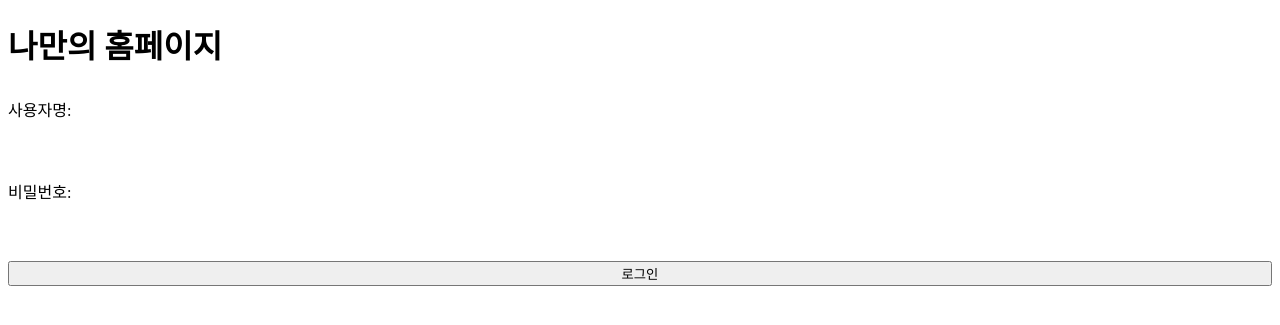
Repository: NewTurn2017/MyChome
Page: index.html
These files come from the project's save history. The page is drawn as it stood at one moment and after the next save; the edit follows.
The browser window is 1280 px wide. The pictures show the whole page.
The page's requests for data from a server got no answer.

Above is the page before, as saved 2023-04-17 20:04:54.
Console error: ReferenceError: validateUser is not defined

### index.html
<!DOCTYPE html>
<html lang="ko-KR">
  <head>
    <meta charset="UTF-8" />
    <title>나만의 홈페이지</title>
    <link rel="stylesheet" href="style.css" />
  </head>

  <body>
    <div id="mainContent" style="display: none">
      <div id="content">
        <div id="clock"></div>
        <div id="quote"></div>
        <div id="weather"></div>

        <div id="todo">
          <form id="todoForm">
            <input
              type="text"
              id="todoInput"
              placeholder="할 일을 입력하세요"
            />
            <button type="submit" id="addBtn">추가</button>
          </form>
          <ul id="todoList"></ul>
          <button id="saveBtn">저장</button>
          <button id="loadBtn">불러오기</button>
        </div>
      </div>
    </div>
    <div id="header">
      <h1>나만의 홈페이지</h1>
      <form id="loginForm">
        <label for="username">사용자명:</label>
        <input type="text" id="username" />
        <label for="password">비밀번호:</label>
        <input type="password" id="password" />
        <button type="submit">로그인</button>
      </form>
    </div>

    <script src="main.js"></script>
    <script src="database.js"></script>
    <script src="clock.js"></script>
    <script src="quote.js"></script>
    <script src="weather.js"></script>
    <script src="todo.js"></script>
  </body>
</html>

### style.css
/* 모달 스타일 */
.modal {
  display: none; /* 모달을 기본적으로 숨김 */
  position: fixed; /* 스크롤에 따라 모달이 움직이지 않도록 고정 */
  z-index: 1; /* 모달이 다른 요소들 위에 위치하도록 설정 */
  left: 0;
  top: 0;
  width: 100%;
  height: 100%;
  overflow: auto;
  background-color: rgba(0, 0, 0, 0.7);
}

.modal-content {
  background-color: #fefefe;
  margin: 15% auto;
  padding: 20px;
  border: 1px solid #888;
  width: 30%;
  border-radius: 10px;
  box-shadow: 0 4px 6px rgba(0, 0, 0, 0.1), 0 1px 3px rgba(0, 0, 0, 0.08);
}

.close {
  float: right;
  font-size: 28px;
  font-weight: bold;
  cursor: pointer;
  color: #888;
}

.close:hover,
.close:focus {
  color: #444;
  text-decoration: none;
  cursor: pointer;
}

/* 폼 스타일 */
form {
  display: flex;
  flex-direction: column;
  margin-top: 30px;
}

label {
  margin-bottom: 10px;
}

input[type='text'],
input[type='password'],
input[type='submit'] {
  padding: 10px;
  border: none;
  border-radius: 5px;
  margin-bottom: 10px;
  font-size: 16px;
}

input[type='submit'] {
  background-color: #1e88e5;
  color: white;
  cursor: pointer;
}

input[type='submit']:hover {
  background-color: #1976d2;
}

### main.js
// 로그인 폼 열기
const loginModal = document.getElementById('loginModal')
const loginBtn = document.getElementById('loginBtn')
const closeBtn = document.querySelector('.close')

// 아이디와 비밀번호 검증
if (validateUser(username, password)) {
  alert('로그인되었습니다.')
  loginModal.style.display = 'none'
  // 로그인 성공 시 mainContent div를 표시함
  document.getElementById('mainContent').style.display = 'block'
} else {
  alert('아이디 또는 비밀번호가 올바르지 않습니다.')
}

loginBtn.onclick = function () {
  loginModal.style.display = 'block'
}

// 로그인 폼 닫기
closeBtn.onclick = function () {
  loginModal.style.display = 'none'
}

// 로그인 폼 전송
const loginForm = document.getElementById('loginForm')

loginForm.addEventListener('submit', function (event) {
  event.preventDefault() // 폼 기본 동작 중단

  // 입력된 아이디와 비밀번호 가져오기
  const username = loginForm.username.value
  const password = loginForm.password.value

  // 아이디와 비밀번호 검증
  // TODO: 실제로는 서버와 통신하여 검증해야 함
  if (username === 'admin' && password === '1234') {
    alert('로그인되었습니다.')
    loginModal.style.display = 'none'
  } else {
    alert('아이디 또는 비밀번호가 올바르지 않습니다.')
  }
})

### database.js
const users = [
  {
    username: 'admin',
    password: '1234',
  },
  {
    username: 'user',
    password: '5678',
  },
]
// 아이디와 비밀번호 검증 함수
function validateUser(username, password) {
  // users 배열에서 입력된 아이디와 비밀번호가 일치하는 객체 검색
  const user = users.find(
    (user) => user.username === username && user.password === password
  )

  // 일치하는 객체가 있다면 true를 반환, 그렇지 않으면 false를 반환
  return user ? true : false
}

// 입력된 아이디와 비밀번호 가져오기
const username = loginForm.username.value
const password = loginForm.password.value

// 아이디와 비밀번호 검증
if (validateUser(username, password)) {
  alert('로그인되었습니다.')
  loginModal.style.display = 'none'
} else {
  alert('아이디 또는 비밀번호가 올바르지 않습니다.')
}

### clock.js
// 시계 출력 함수
function showClock() {
  const now = new Date() // 현재 시간을 가져옴
  const hour = now.getHours() // 시간을 가져옴
  const minute = now.getMinutes() // 분을 가져옴
  const second = now.getSeconds() // 초를 가져옴

  const clock = document.getElementById('clock')
  clock.textContent = `${hour < 10 ? '0' + hour : hour}:${
    minute < 10 ? '0' + minute : minute
  }:${second < 10 ? '0' + second : second}`

  // 1초마다 showClock 함수를 호출하여 시간을 업데이트 함
  setTimeout(showClock, 1000)
}

// showClock 함수를 최초로 호출하여 화면에 시계를 표시함
showClock()

### quote.js
// 명언 출력 함수
async function showQuote() {
  const response = await fetch('https://quotes.rest/qod') // 명언을 가져옴
  const data = await response.json()
  const quote = data.contents.quotes[0].quote
  const author = data.contents.quotes[0].author

  const quoteElem = document.getElementById('quote')
  quoteElem.innerHTML = `<p>${quote}</p><p>- ${author}</p>`

  // 30초마다 showQuote 함수를 호출하여 명언을 업데이트 함
  setTimeout(showQuote, 30000)
}

// showQuote 함수를 최초로 호출하여 화면에 명언을 표시함
showQuote()

### todo.js
// Todo List 출력 함수
function showTodoList() {
  const todoList = JSON.parse(localStorage.getItem('todoList')) || [] // 로컬 스토리지에서 Todo List를 가져옴

  const todoListElem = document.getElementById('todoList')
  todoListElem.innerHTML = ''

  todoList.forEach((todo, index) => {
    const li = document.createElement('li')
    li.innerHTML = `
        <input type="text" value="${todo}" data-index="${index}">
        <button class="deleteBtn" data-index="${index}">삭제</button>
      `
    todoListElem.appendChild(li)
  })

  // 삭제 버튼 클릭 이벤트 핸들러 등록
  const deleteBtns = document.querySelectorAll('.deleteBtn')
  deleteBtns.forEach((btn) => {
    btn.onclick = function () {
      const index = this.dataset.index
      todoList.splice(index, 1)
      showTodoList()
    }
  })
}

// Todo List 추가 함수
function addTodoList() {
  const todoInput = document.getElementById('todoInput')
  const todoList = JSON.parse(localStorage.getItem('todoList')) || [] // 로컬 스토리지에서 Todo List를 가져옴
  todoList.push(todoInput.value) // 새로운 할 일을 추가함
  localStorage.setItem('todoList', JSON.stringify(todoList)) // 로컬 스토리지에 Todo List를 저장함
  todoInput.value = '' // 입력 필드를 초기화함
  showTodoList()
}

// Todo List 수정 함수
function modifyTodoList(index, value) {
  const oldTodoList = JSON.parse(localStorage.getItem('todoList')) || [] // 로컬 스토리지에서 Todo List를 가져옴
  oldTodoList[index] = value // 할 일을 수정함
  localStorage.setItem('todoList', JSON.stringify(oldTodoList)) // 로컬 스토리지에 Todo List를 저장함
  showTodoList()
}

// Todo List 저장 함수
function saveTodoList() {
  const todoList = JSON.parse(localStorage.getItem('todoList')) || [] // 로컬 스토리지에서 Todo List를 가져옴
  const filename = 'todolist.json'
  const blob = new Blob([JSON.stringify(todoList)], {
    type: 'application/json',
  })
  const url = URL.createObjectURL(blob)
  const a = document.createElement('a')
  a.href = url
  a.download = filename
  a.click()
}
// Todo List 불러오기 함수
async function loadTodoList() {
  const input = document.createElement('input')
  input.type = 'file'
  input.accept = 'application/json'
  input.onchange = async function () {
    const file = input.files[0]
    const reader = new FileReader()
    reader.readAsText(file)
    reader.onloadend = async function () {
      if (reader.result) {
        const newTodoList = JSON.parse(reader.result)
        localStorage.setItem('todoList', JSON.stringify(newTodoList)) // 로컬 스토리지에 Todo List를 저장함
        showTodoList()
      }
    }
  }
  input.click()
}

// Todo List Form submit 이벤트 핸들러 등록
const todoForm = document.getElementById('todoForm')
todoForm.onsubmit = function (event) {
  event.preventDefault() // 기본 동작을 막음
  addTodoList()
}

// 저장 버튼 click 이벤트 핸들러 등록
const saveBtn = document.getElementById('saveBtn')
saveBtn.onclick = function () {
  saveTodoList()
}

// 불러오기 버튼 click 이벤트 핸들러 등록
const loadBtn = document.getElementById('loadBtn')
loadBtn.onclick = async function () {
  await loadTodoList()
}

// showTodoList 함수를 최초로 호출하여 화면에 Todo List를 표시함
showTodoList()

Loaded but not shown: weather.js (no copy from this time; the picture is the same without it)

After the next save:
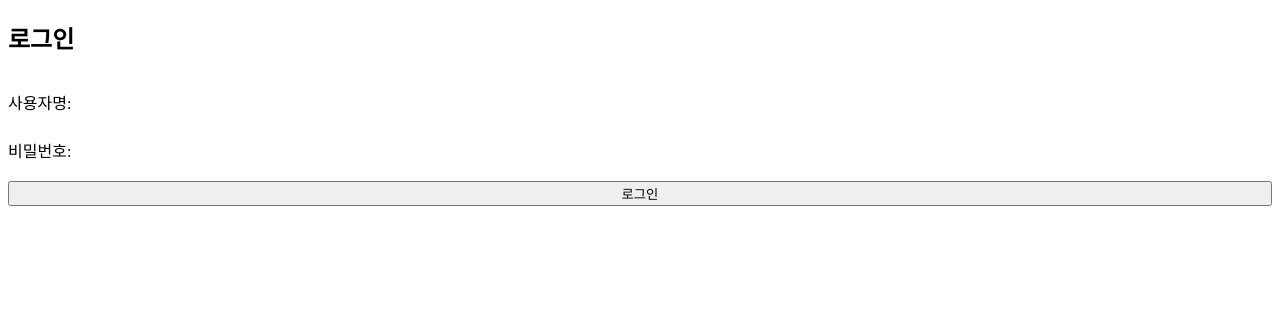
Saved 11 min 12 s later.
--- a/index.html
+++ b/index.html
@@ -28,15 +28,21 @@
         </div>
       </div>
     </div>
-    <div id="header">
-      <h1>나만의 홈페이지</h1>
-      <form id="loginForm">
-        <label for="username">사용자명:</label>
-        <input type="text" id="username" />
-        <label for="password">비밀번호:</label>
-        <input type="password" id="password" />
-        <button type="submit">로그인</button>
-      </form>
+    <div id="loginContainer">
+      <div id="loginFormContainer">
+        <h2>로그인</h2>
+        <form id="loginForm">
+          <div class="inputContainer">
+            <label for="username">사용자명:</label>
+            <input type="text" id="username" />
+          </div>
+          <div class="inputContainer">
+            <label for="password">비밀번호:</label>
+            <input type="password" id="password" />
+          </div>
+          <button type="submit" id="loginBtn">로그인</button>
+        </form>
+      </div>
     </div>
 
     <script src="main.js"></script>
